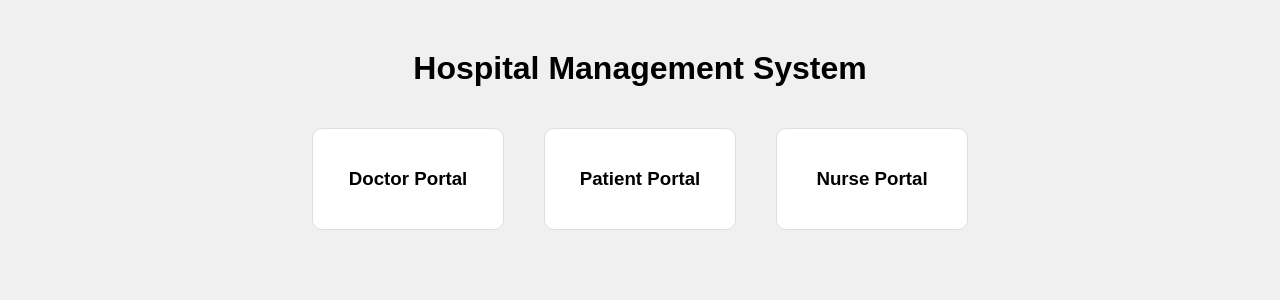
Repository: jaytriggz/Hospital-Management-System
Page: index.html
The author's editor kept a copy of each file at every save. The page is drawn from the files as they stood at one save, then again after the next save.
The browser window is 1280 px wide. The pictures show the whole page.

Above is the page before, as saved 2024-07-06 11:31:16.

### index.html
<!DOCTYPE html>
<html lang="en">
<head>
    <meta charset="UTF-8">
    <title>Hospital Management System</title>
    <link rel="stylesheet" href="styles.css">
    <style>

    </style>
</head>
<body>
    <div class="container">
        <h1>Hospital Management System</h1>
        <div class="icon-container">
            <div class="icon" onclick="location.href='doctor_portal.html'">
                <h3>Doctor Portal</h3>
            </div>
            <div class="icon" onclick="location.href='patient_portal.html'">
                <h3>Patient Portal</h3>
            </div>
            <div class="icon" onclick="location.href='nurse_portal.html'">
                <h3>Nurse Portal</h3>
            </div>

        </div>
    </div>
</body>
</html>

### styles.css


body {
    font-family: Arial, sans-serif;
    margin: 0;
    padding: 0;
    background-color: #f0f0f0;
}

.container {
    text-align: center;
    margin-top: 50px;
}

.icon-container {
    display: flex;
    justify-content: center;
    flex-wrap: wrap;
}

.icon {
    margin: 20px;
    padding: 20px;
    border: 1px solid #ddd;
    border-radius: 10px;
    width: 150px;
    text-align: center;
    cursor: pointer;
    background-color: #fff;
}

.icon:hover {
    background-color: #f0f0f0;
}

.link-container {
    display: flex;
    justify-content: center;
    flex-wrap: wrap;
}

.link {
    margin: 20px;
    padding: 20px;
    border: 1px solid #ddd;
    border-radius: 10px;
    width: 200px;
    text-align: center;
    cursor: pointer;
    background-color: #fff;
}

.link:hover {
    background-color: #f0f0f0;
}

/* Add more styles as needed */

After the next save:
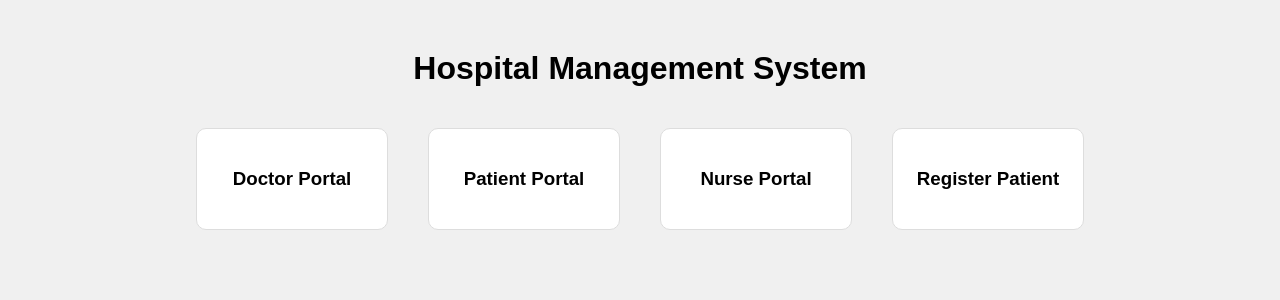
Saved 6 min 0 s later.
--- a/index.html
+++ b/index.html
@@ -21,7 +21,9 @@
             <div class="icon" onclick="location.href='nurse_portal.html'">
                 <h3>Nurse Portal</h3>
             </div>
-
+            <div class="icon" onclick="location.href='register_patient.html'">
+                <h3>Register Patient</h3>
+            </div>
         </div>
     </div>
 </body>
